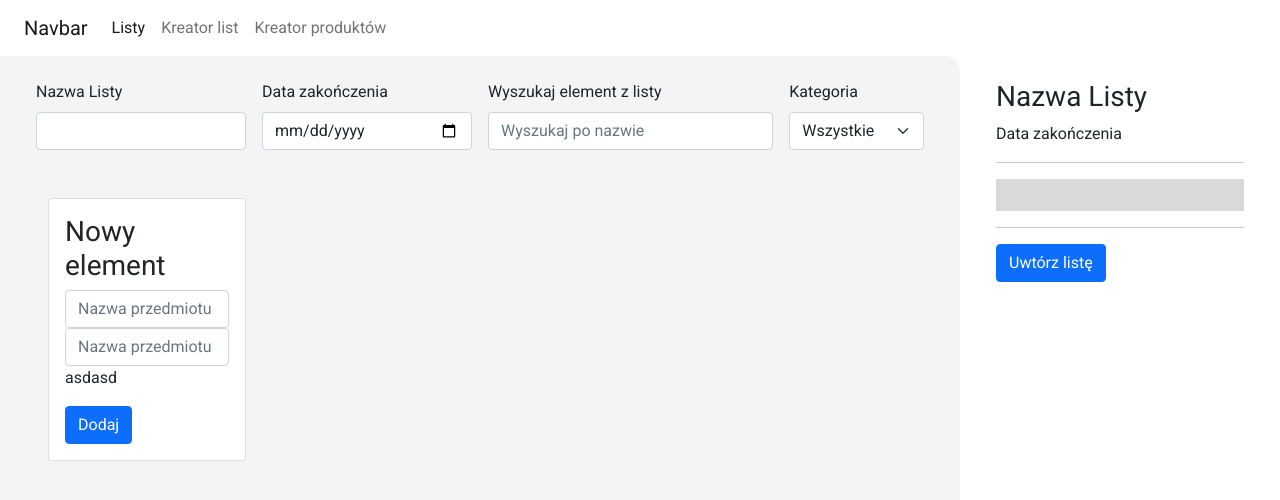
Repository: alphatra/Task-menager
Page: http://localhost/php/src/views/createList.php
These files come from the project's save history. The page is drawn as it stood at one moment and after the next save; the edit follows.
The browser window is 1280 px wide. The pictures show the whole page.
The page is run by PHP 8.4 with error messages shown; the project is at /var/www/html/. Queries for data that is not in the repository find no rows.

Above is the page before, as saved 2023-02-09 23:04:02.

After the next save:
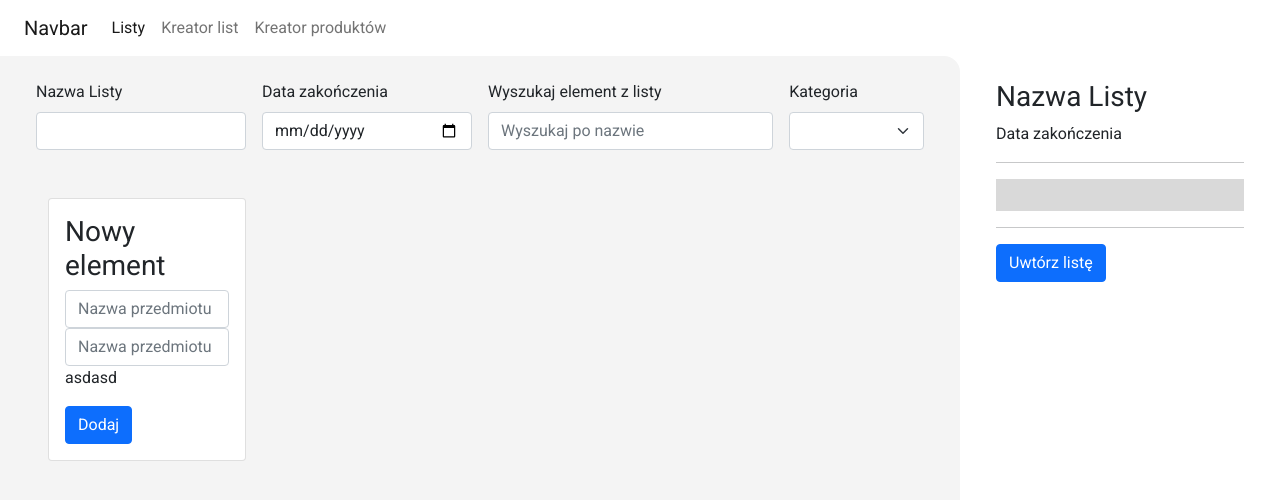
Saved 19 s later.
--- a/php/src/views/createList.php
+++ b/php/src/views/createList.php
@@ -292,7 +292,6 @@
                     <div class="col-md-2">
                         <label for="inputState" class="form-label">Kategoria</label>
                         <select id="inputState" class="form-select">
-                            <option selected value="0">Wszystkie</option>
 
                         </select>
                     </div>

After the save that followed:
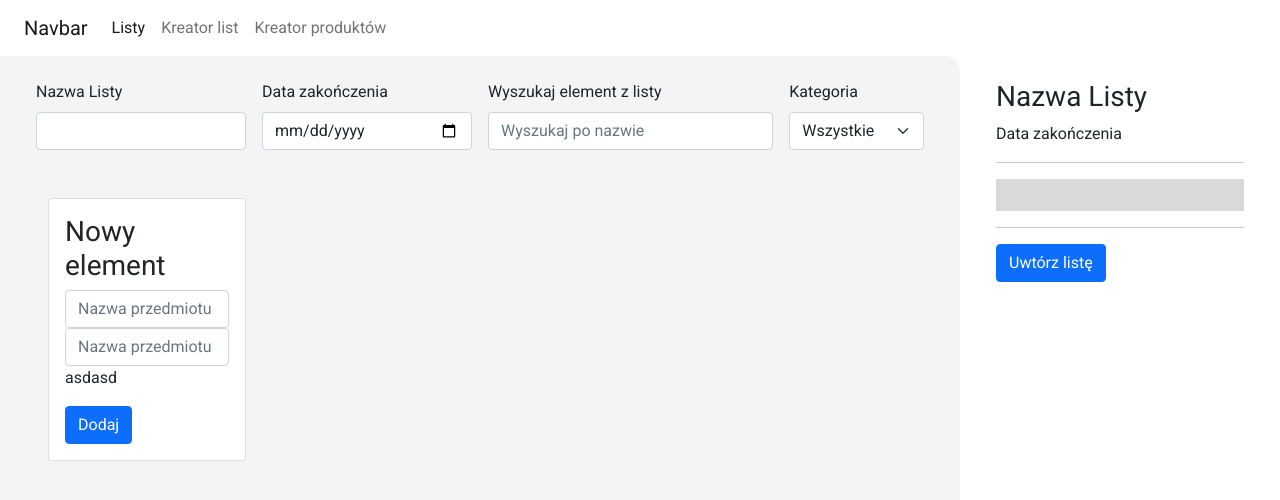
Saved 16 s later.
--- a/php/src/views/createList.php
+++ b/php/src/views/createList.php
@@ -292,6 +292,7 @@
                     <div class="col-md-2">
                         <label for="inputState" class="form-label">Kategoria</label>
                         <select id="inputState" class="form-select">
+                            <option selected value="0">Wszystkie</option>
 
                         </select>
                     </div>
